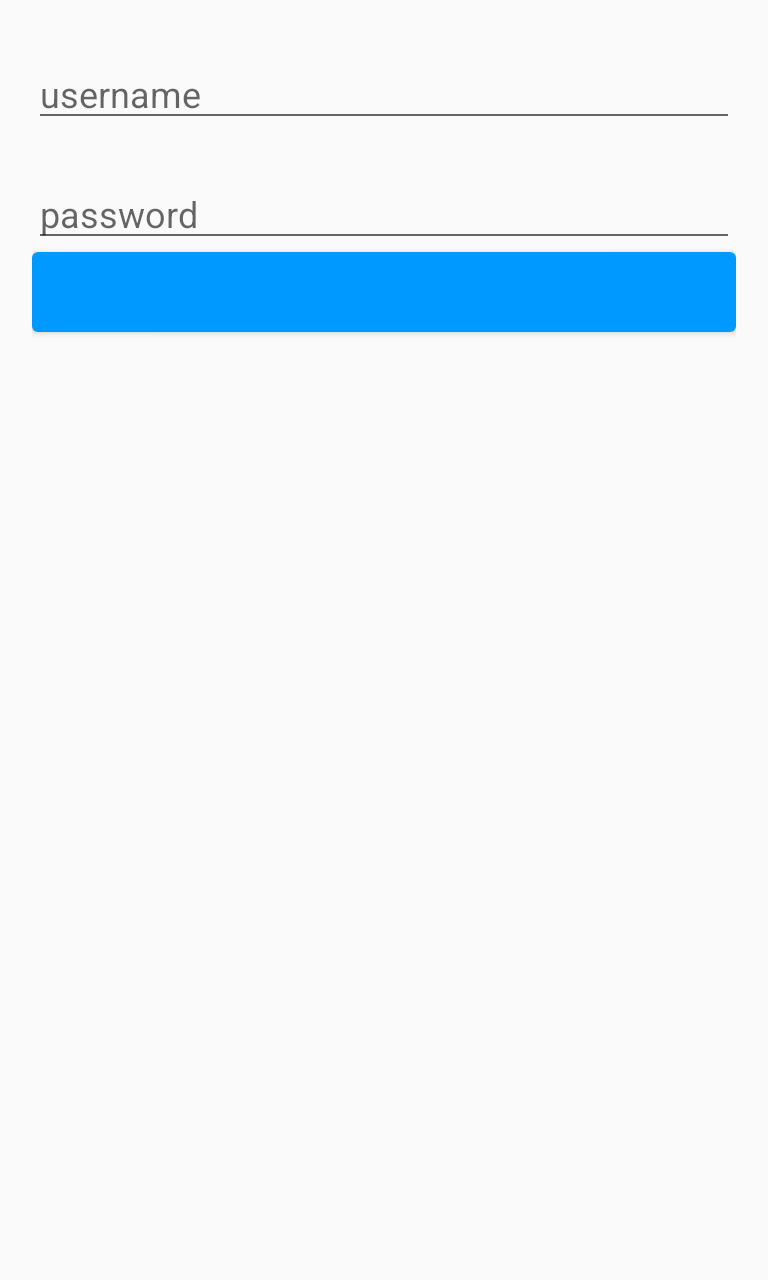
Repository: israelhill/Noteworthy
Layout: Noteworthy/res/layout/fragment_main.xml
The author's editor kept a copy of each file at every save. The layout is drawn from the files as they stood at one save, then again after the next save.
It is drawn on a 768 x 1280 px phone screen (xhdpi) without system bars, with theme AppTheme; the app's code is not run.

Above is the layout before, as saved 2014-09-06 07:47:12.

After the next save:
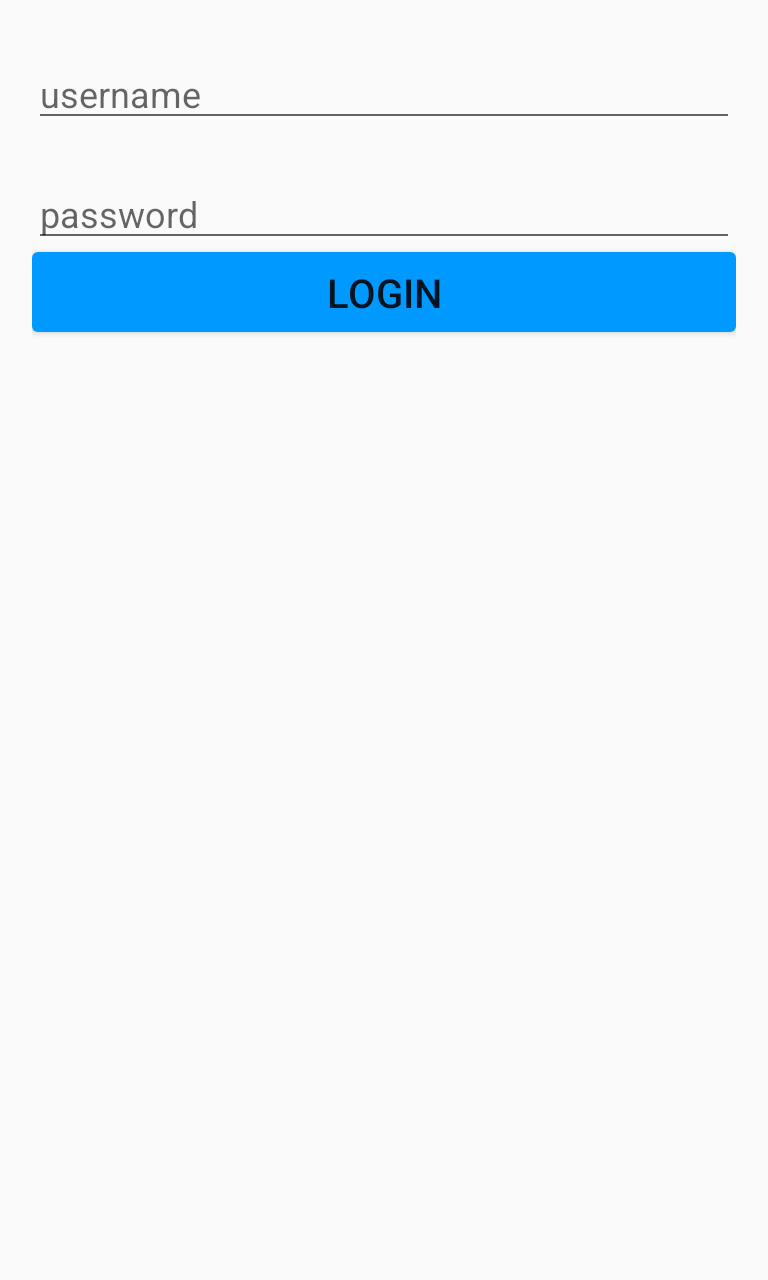
Saved 16 s later.
--- a/Noteworthy/res/layout/fragment_main.xml
+++ b/Noteworthy/res/layout/fragment_main.xml
@@ -28,7 +28,9 @@
     android:id="@+id/login"
     android:layout_width="match_parent"
     android:layout_height="40dp"
-    android:background="@drawable/login_button"/>
+    android:background="@drawable/login_button"
+    android:text="@string/login"
+    android:textSize="20sp"/>
 
 
 </LinearLayout>
